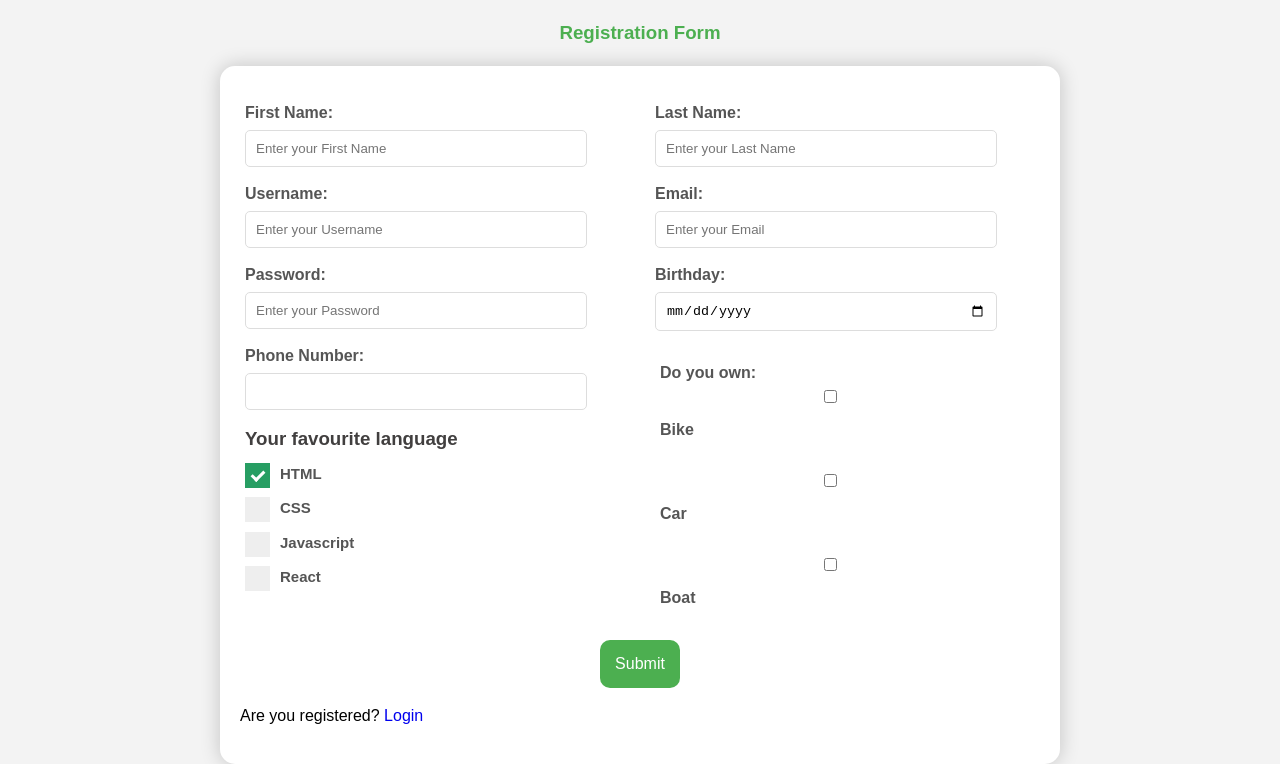
Repository: alizey12/Regestratin-Form-js
Page: regester.html
These files come from the project's save history. The page is drawn as it stood at one moment and after the next save; the edit follows.
The browser window is 1280 px wide. The pictures show the whole page.

Above is the page before, as saved 2024-11-29 18:51:32.

After the next save:
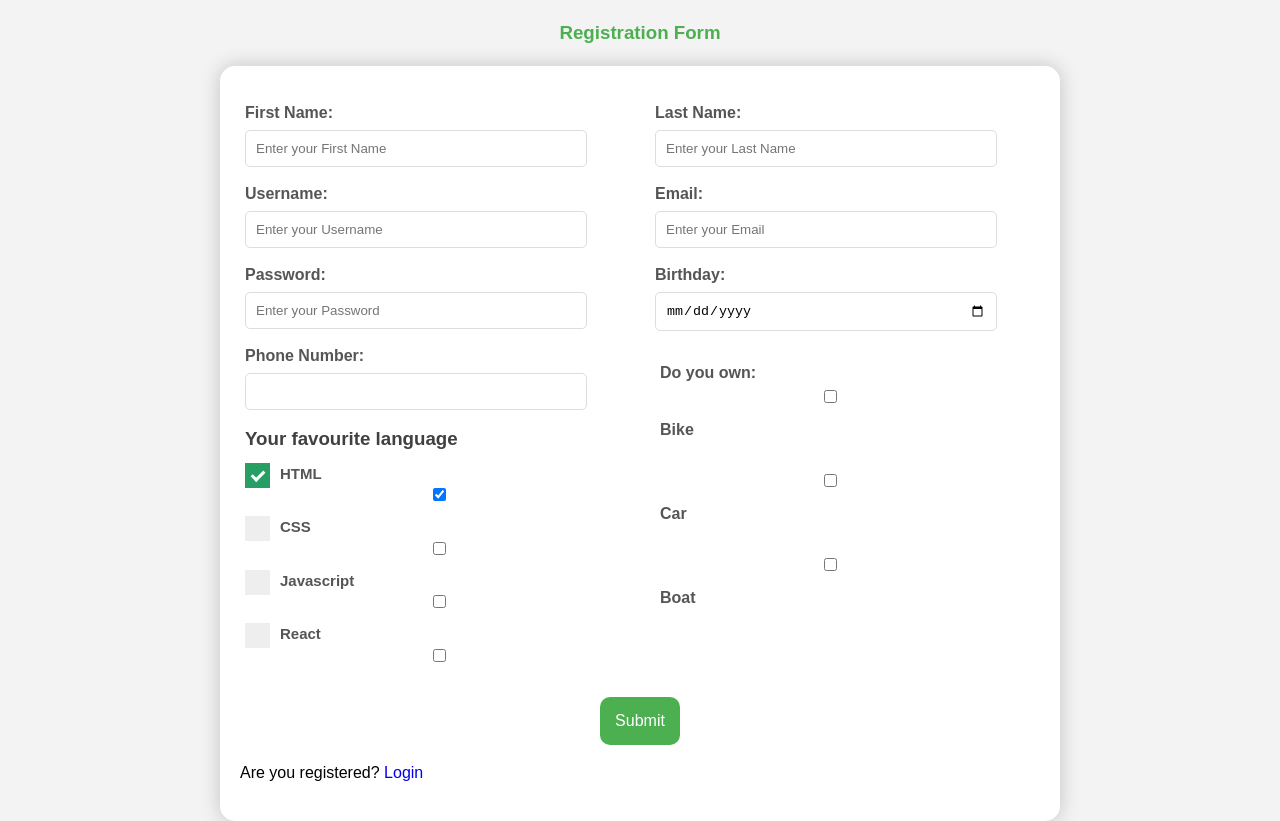
Saved 6 s later.
--- a/regester.css
+++ b/regester.css
@@ -85,7 +85,7 @@
     -ms-user-select: none;
     user-select: none;
   }
-
+  .gen
   /* Hide the browser's default checkbox */
   .container input {
     position: absolute;

After the save that followed:
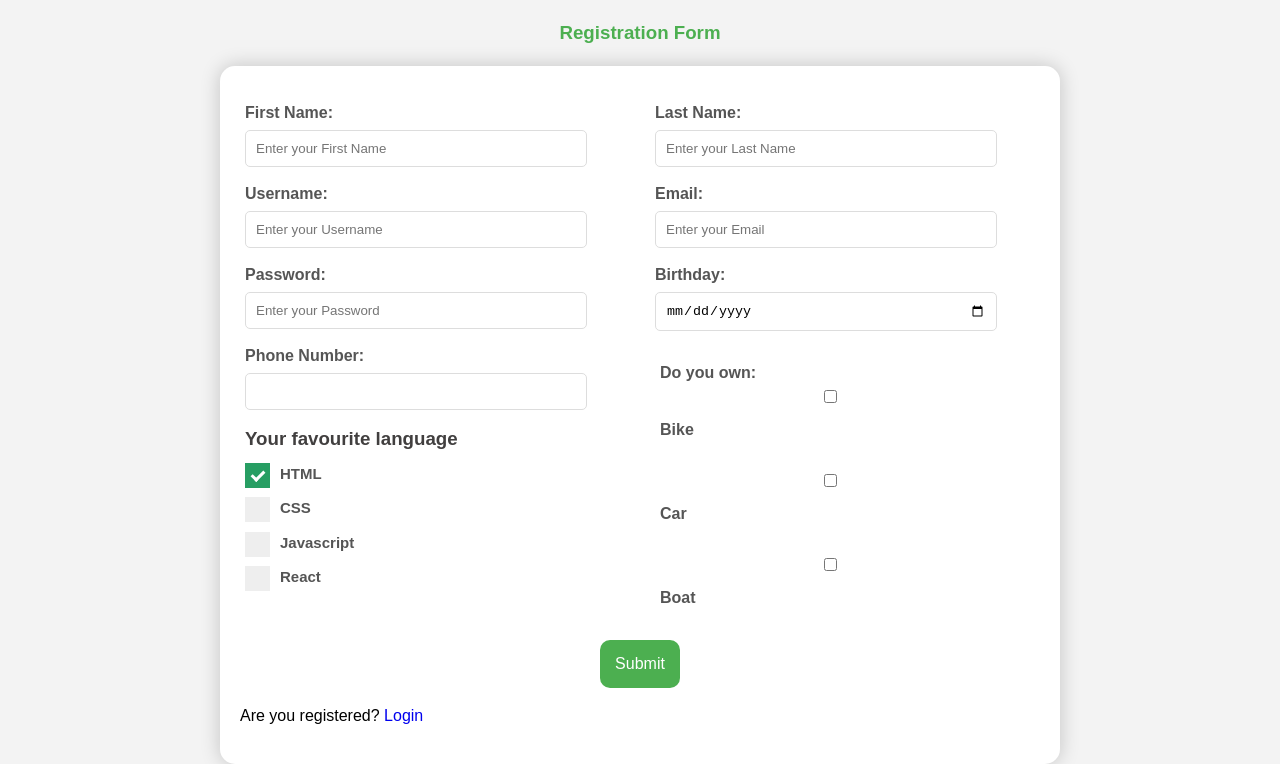
Saved 4 s later.
--- a/regester.css
+++ b/regester.css
@@ -85,7 +85,9 @@
     -ms-user-select: none;
     user-select: none;
   }
-  .gen
+  .gen-rad{
+
+  }
   /* Hide the browser's default checkbox */
   .container input {
     position: absolute;
